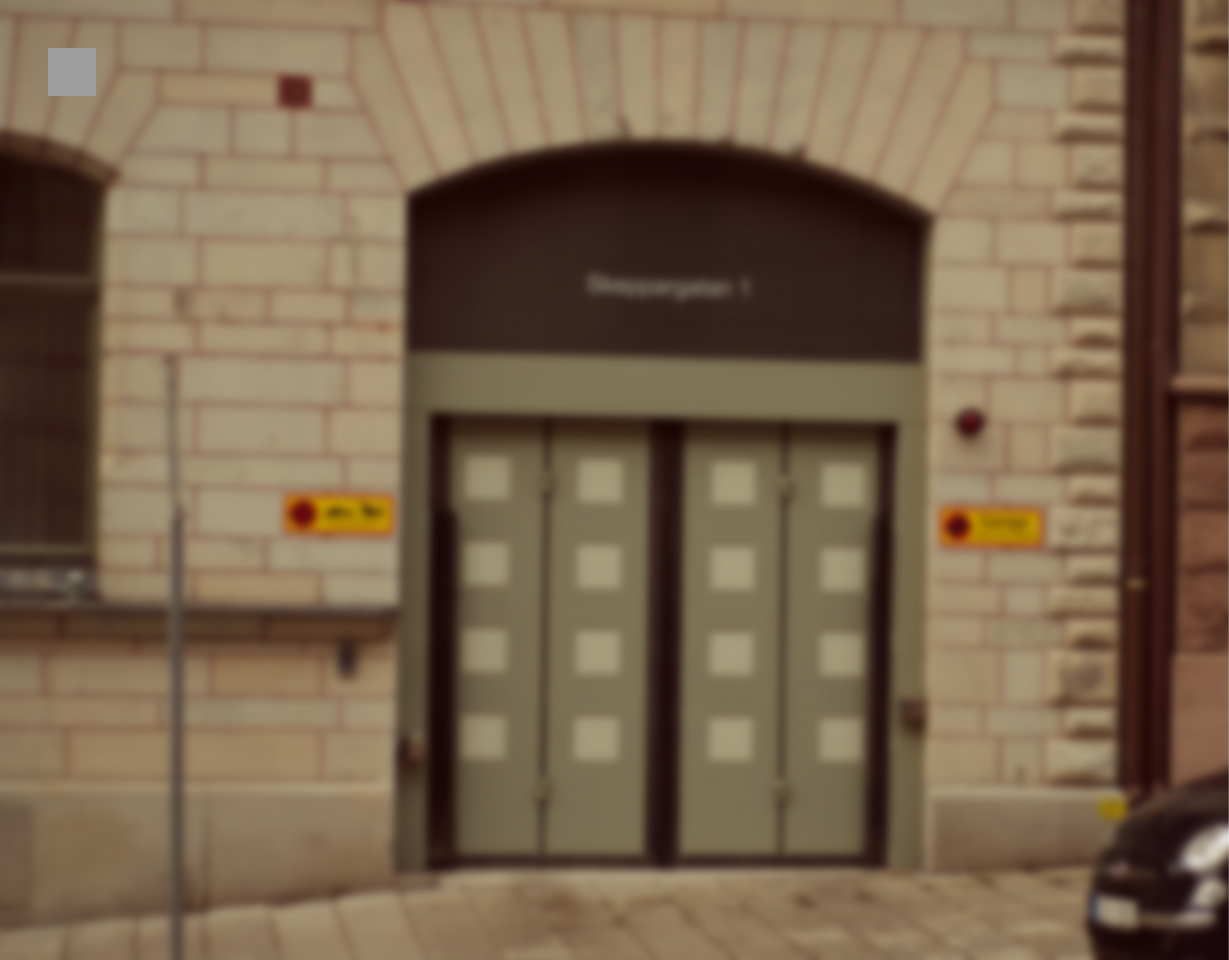
Repository: fl222hr/1dv403-laborationer
Page: 5-pwd/index.html
The author's editor kept a record of every edit. The page is drawn from the files as they stood at one moment, then again after the next edit.
The browser window is 1280 px wide. The pictures show the whole page, at 96% of full size.
After loading, the first visible `div.icon` was clicked once.
Pictures or frames that could not be fetched are drawn as grey boxes. Some web libraries are served in a nearby version.

Above is the page before.
Console error: TypeError: Cannot read properties of null (reading 'appendChild')

### 5-pwd/index.html
<!DOCTYPE html>
<html>
    <head>
        <link href='http://fonts.googleapis.com/css?family=Source+Sans+Pro:200,300,400,600,700,900,200italic,300italic,400italic,600italic,700italic,900italic' rel='stylesheet' type='text/css'>
        <link href="//maxcdn.bootstrapcdn.com/font-awesome/4.2.0/css/font-awesome.min.css" rel="stylesheet">
        <link href="css/custom.css" rel="stylesheet">
        <meta charset="utf-8">
        <link href='http://fonts.googleapis.com/css?family=Roboto:400,300' rel='stylesheet' type='text/css'>
    <title>Desktop App</title>
    </head>
    <body>
    <script src="Popup.js"></script>
    <script src="Desktop.js"></script>




    </body>
</html>

### 5-pwd/css/custom.css
/*#B7B6C1
*/
body{
    padding:0px;
    margin:0px;
    font-family: 'Roboto', sans-serif;
    font-weight:lighter;
}
#desktop{
    overflow:hidden;
    margin-left:auto;
    margin-right:auto;
    width:100%;
    height:1000px;
    background-size:cover;
}

.icon{
    width:50px;
    height:50px;
    margin-left:50px;
    margin-top:50px;
    background-size:contain;
    cursor:pointer;
}

.popup{
    background-color:#94958B;
    border-radius:5px;
    border-style:solid;
    border-color:black;
    border-width:1px;
}

.topBar{
    width:100%;
    height:5%;
    background-color:#464655;
    border-top-left-radius:5px;
    border-top-right-radius:5px;
}

.headline{
    margin-left:5px;
    margin-top:2px;
    height:35px;
    float:left;
}

.headlineIcon{
    float:left;
    margin-left:2px;
    margin-top:2px;
    height:30px;
    width:30px;
    background-size:contain;
}

.headlineText{
    float:left;
    color:white;
    line-height:30px;
    margin-top:2px;
    margin-left:5px;
}

.closeButton{
    text-align:center;
    line-height:30px;
    color:white;
    margin-top:5px;
    margin-right:5px;
    height:30px;
    width:30px;
    background-color:black;
    float:right;
    cursor:pointer;
}

.closeButton:hover{
    cursor:pointer;
}

.popupContent{
    width:100%;
    height:90%;
    background-color:#94958B;
    overflow:scroll;
}

.bottomBar{
    width:100%;
    height:5%;
    background-color:#464655;
    border-bottom-left-radius:5px;
    border-bottom-right-radius:5px;
}

.container{
    background-color:#94958B;
    -webkit-transform: rotate(-90deg);
    -moz-transform: rotate(-90deg);
    -ms-transform: rotate(-90deg);
    -o-transform: rotate(-90deg);
    transform: rotate(-90deg);
    border-bottom-right-radius:10px;
    border-style:solid;
    border-color:gray;
}
.tab{
    color:white;
    border-top-left-radius:10px;
    border-top-right-radius:10px;
    font-size:16px;
    height:30px;
    position:absolute;
    background-color:#464655;
    text-align:center;
    -webkit-transition:all .5s ease-out;
    -moz-transition:all .5s ease-out;
    -ms-transition:all .5s ease-out;
    -o-transition:all .5s ease-out;
    transition:all .5s ease-out;
    -webkit-transform: rotate(90deg);
    -moz-transform: rotate(90deg);
    -ms-transform: rotate(90deg);
    -o-transform: rotate(90deg);
    transform: rotate(90deg);
    padding:0px;
}

.tabActive{
    color:white;
    border-top-left-radius:10px;
    border-top-right-radius:10px;
    -webkit-transition:all .5s ease-out;
    -moz-transition:all .5s ease-out;
    -ms-transition:all .5s ease-out;
    -o-transition:all .5s ease-out;
    transition:all .5s ease-out;
    font-size:16px;
    height:30px;
    position:absolute;
    background-color:#464655;
    text-align:center;
    -webkit-transform: rotate(90deg) translate(0px, -400px);
    -moz-transform: rotate(90deg) translate(0px, -400px);
    -ms-transform: rotate(90deg) translate(0px, -400px);
    -o-transform: rotate(90deg) translate(0px, -400px);
    transform: rotate(90deg) translate(0px, -400px);
    padding:0px;
}

### 5-pwd/Popup.js
"use strict";

function Popup(ID, parent, name, iconURL, width, height, leftMargin, topMargin){

    var active = false;
    //Skapa popupen och sätt dess egenskaper
    var popup = document.createElement('div');
    popup.className = "popup";
    popup.style.width = width + "px";
    popup.style.height = height + "px";
    popup.style.marginLeft = leftMargin +"px";
    popup.style.marginTop = topMargin +"px";
    document.getElementById(parent).appendChild(popup);  //Addera popupen till Desktopen

    //Skapa top-baren
    var topBar = document.createElement('div');
    topBar.className = "topBar";
    popup.appendChild(topBar); //Addera TopBaren till popupen

        var headline = document.createElement('div');
        headline.className = "headline";
        topBar.appendChild(headline);

            var headlineIcon = document.createElement('div');
            headlineIcon.className = "headlineIcon";
            headlineIcon.style.backgroundImage =  "url(\""+iconURL+"\")";
            headline.appendChild(headlineIcon);

            var headlineText = document.createElement('p');
            headlineText.className = "headlineText";
            headlineText.innerHTML = name;
            headline.appendChild(headlineText);

        var closeButton = document.createElement('div');
        closeButton.className = "closeButton";
        closeButton.innerHTML = "X";
        topBar.appendChild(closeButton);

    //Skapa content-diven i popupen
    var popupContent = document.createElement('div');
    popupContent.className = "popupContent";
    popupContent.id = ID;
    popup.appendChild(popupContent);

    //Skapa bottom-baren
    var bottomBar = document.createElement('div');
    bottomBar.className = "bottomBar";
    popup.appendChild(bottomBar);

        var statusText = document.createElement('div');
        statusText.className = "statusText";
        bottomBar.appendChild(statusText);


    closeButton.onclick = function(){
    document.getElementById(parent).removeChild(popup);

    };

    this.setStatusText = function(text){
        statusText.innerHTML = text;
    };

    this.getParent = function(){
        return parent;
    };

    this.getWidth = function(){
      return width;
    };

}

### 5-pwd/Desktop.js
"use strict";

var DesktopApp ={

    defaultBackground: "images/default.png", //variable to keep url to default background
    backgrounIcon: "images/bgIcon.png",
    desktopID: "desktop",
    toolbarID: "toolbar",
    buttonID:"button",
    popupURL: "popup.html",

    init:function(){
    this.setupDesktop();
    this.setBackground(this.defaultBackground);
    },

    setupDesktop:function(){

    //Setup the desktop
    var desktop = document.createElement('div');
    desktop.id = this.desktopID;
    document.body.appendChild(desktop); //add the desktop to the "site"

    var icon = document.createElement('div');
    icon.className = "icon";
    icon.style.backgroundImage = "url(\""+this.backgrounIcon+"\")";
    desktop.appendChild(icon);
    icon.onclick = this.openPopup;

    //var backgroundTab = new Tab("bgTab", this.desktopID, "Background", 400, 800, 50, 100);
    },

    openPopup:function(){
    var popup = new Popup("bgPopup", this.desktopID, "Choose Background", this.backgrounIcon, 400, 800, 200, 50);

    },

    setBackground:function(imageUrl){
        console.log("Fired");
        document.getElementById(this.desktopID).style.backgroundImage = "url(\""+imageUrl+"\")";
    }
};

window.onload = function(){
    DesktopApp.init();
};


/*
//var win = open('index.html', 'example', 'width=1024,height=640')
win.focus()
win.onload = function() {
  var div = win.document.createElement('div')
  div.innerHTML = 'Welcome into the future!'
  div.style.fontSize = '30px'
  win.document.body.insertBefore(div, win.document.body.firstChild)
}
*/

After the next edit:
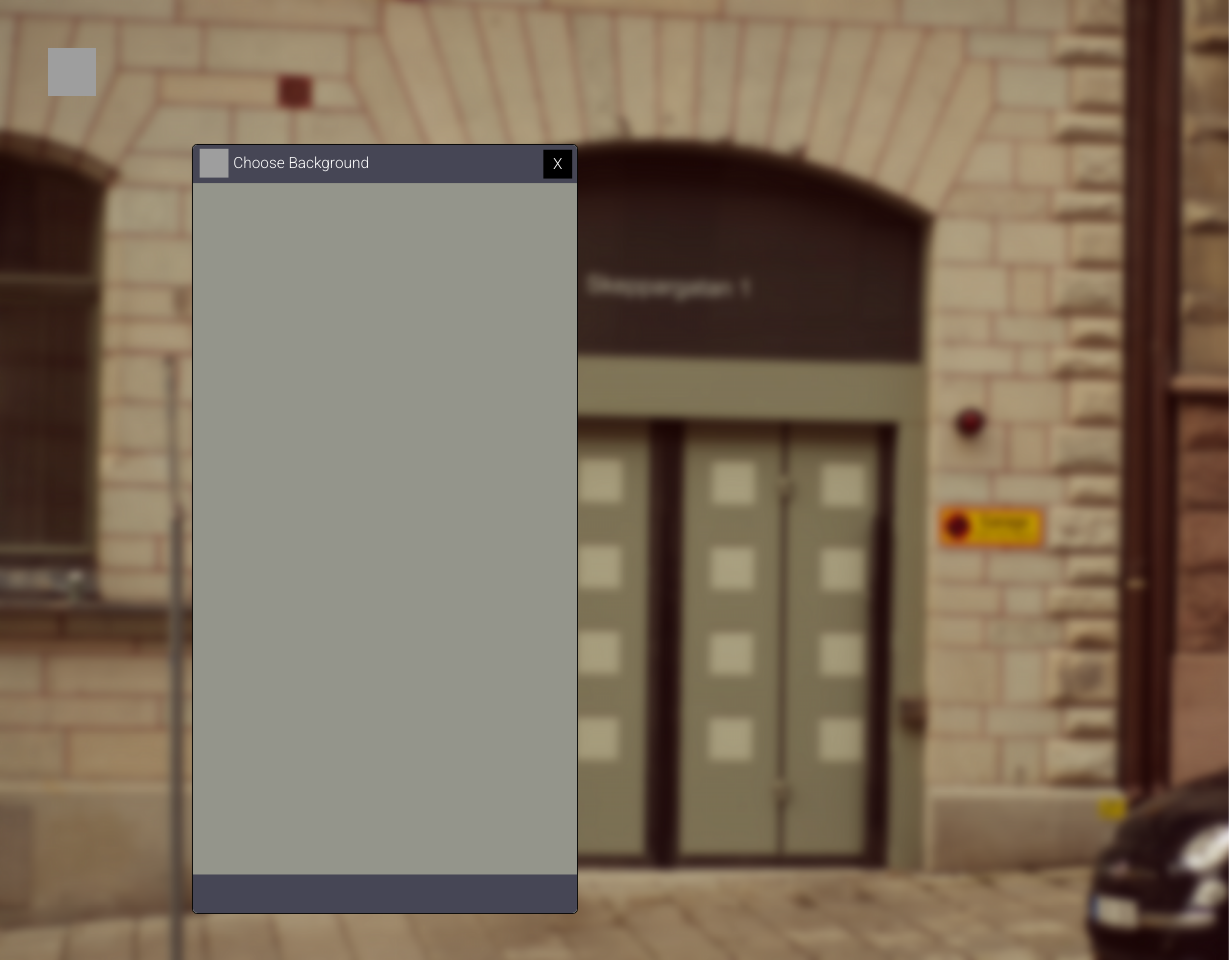
The error is gone.
The edit:
--- a/5-pwd/Desktop.js
+++ b/5-pwd/Desktop.js
@@ -31,7 +31,7 @@
     },
 
     openPopup:function(){
-    var popup = new Popup("bgPopup", this.desktopID, "Choose Background", this.backgrounIcon, 400, 800, 200, 50);
+    var popup = new Popup("bgPopup", DesktopApp.desktopID, "Choose Background", DesktopApp.backgrounIcon, 400, 800, 200, 50);
 
     },
 
